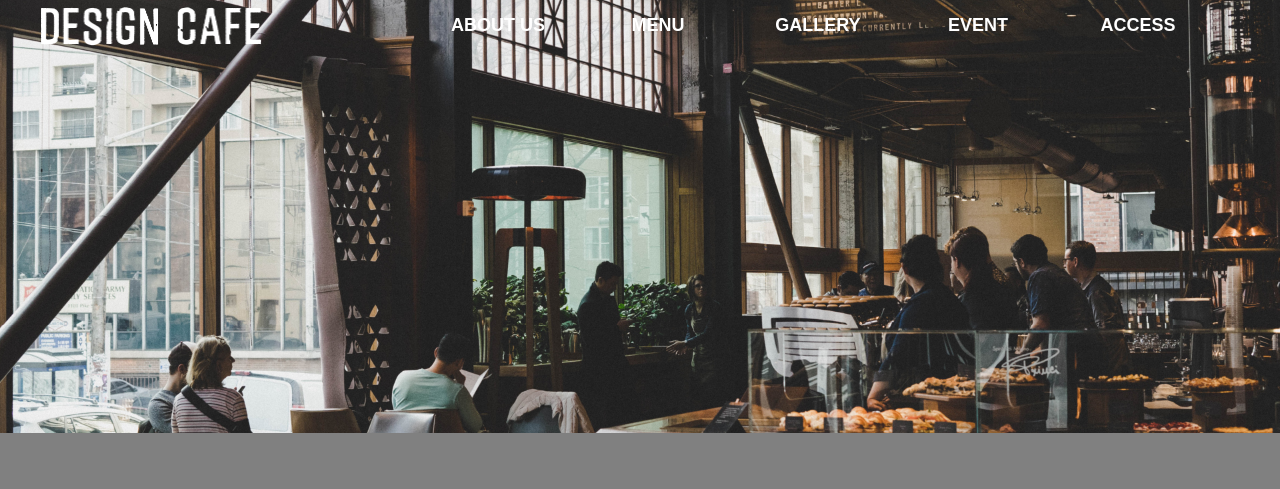
Repository: sonoyama01/dezasuta
Page: 第4回課題/index.html
An editor plug-in stored every save of this project. The page is shown before and after the next save, followed by the edit.
The browser window is 1280 px wide. The pictures show the whole page.

Above is the page before, as saved 2024-05-02 01:09:26.

After the next save:
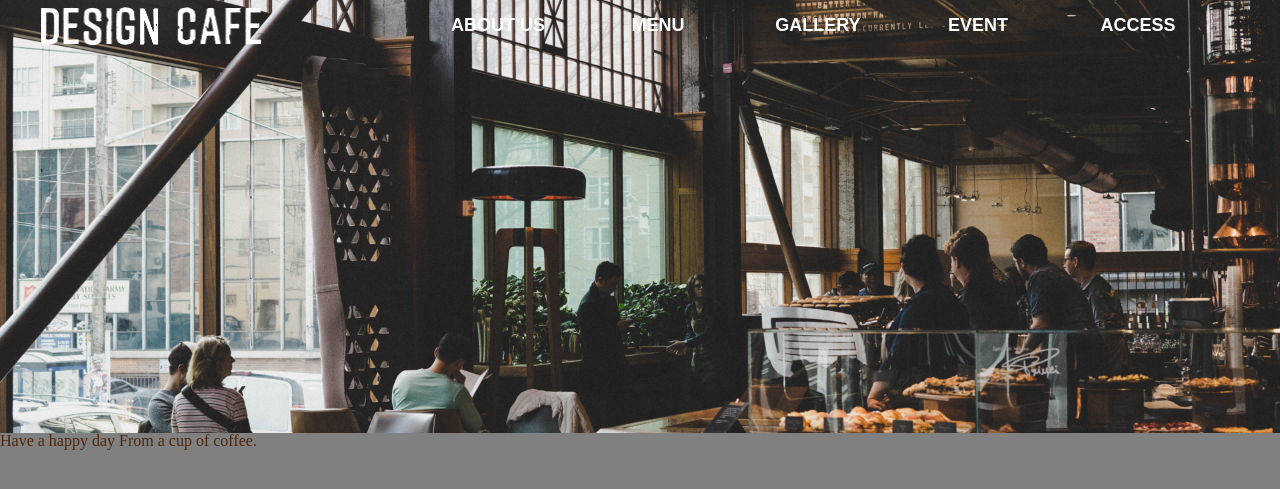
Saved 23 min 55 s later.
--- a/第4回課題/index.html
+++ b/第4回課題/index.html
@@ -30,7 +30,9 @@
             </nav>
         </div>
     </header>
-
+    <div class="catch_copy">
+        <p class="catch_copy"><span>Have a happy day From a cup of coffee.</span></p><!-- /.catch_copy -->
+    </div><!-- /.catch_copy -->
 
 
 
